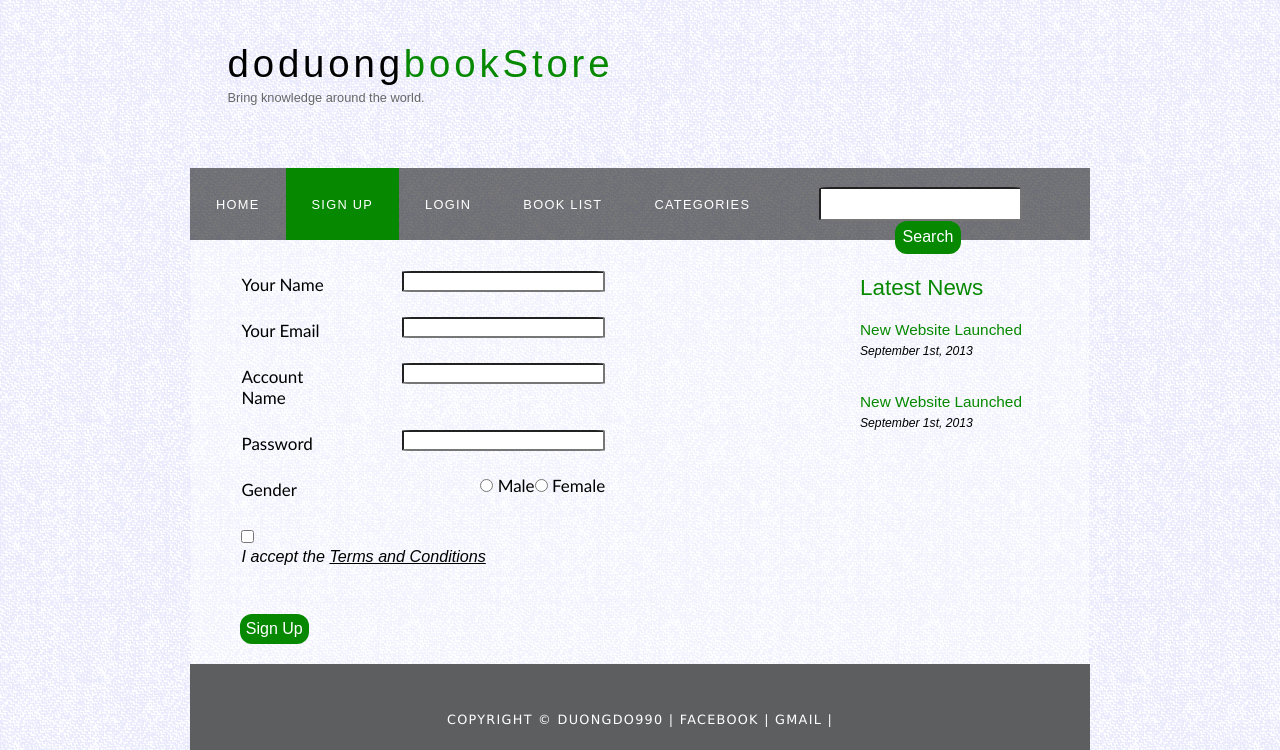
Repository: ngttuyen/JavaWeb
Page: http://localhost/MyWebsite/signup.jsp
These files come from the project's save history. The page is drawn as it stood at one moment and after the next save; the edit follows.
The browser window is 1280 px wide. The pictures show the whole page.
The page is served by Tomcat 9.

Above is the page before, as saved 2019-06-01 13:03:50.

After the next save:
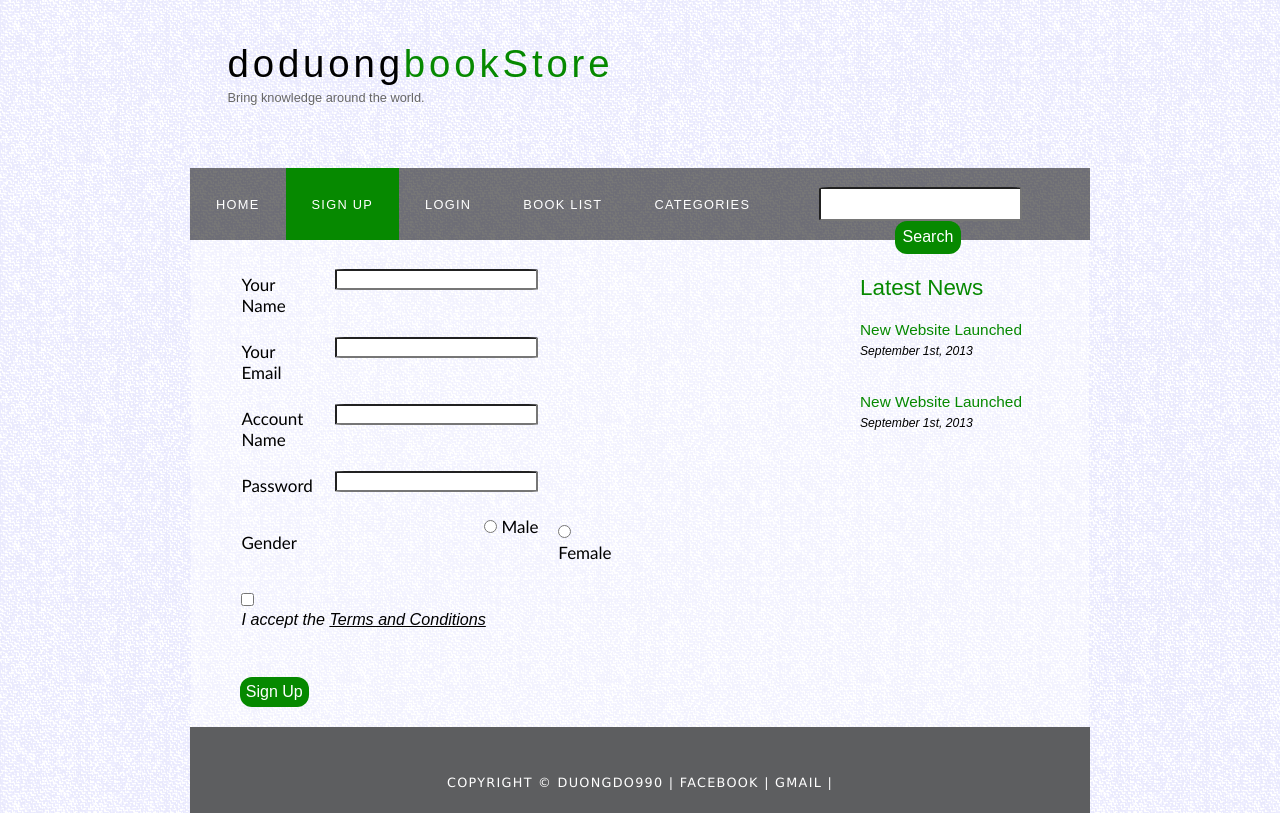
Saved 7 s later.
--- a/MyWebsite/WebContent/signup.jsp
+++ b/MyWebsite/WebContent/signup.jsp
@@ -57,7 +57,8 @@
 						<tr>
 							<td><label>Gender</label></td>
 							<td class="right"><input class="gender-radio" type="radio"
-								name="gender" value="male"> Male<input
+								name="gender" value="male"> Male
+								<td><input
 								class="gender-radio" type="radio" name="gender" value="female">
 									Female</td>
 						</tr>

After the save that followed:
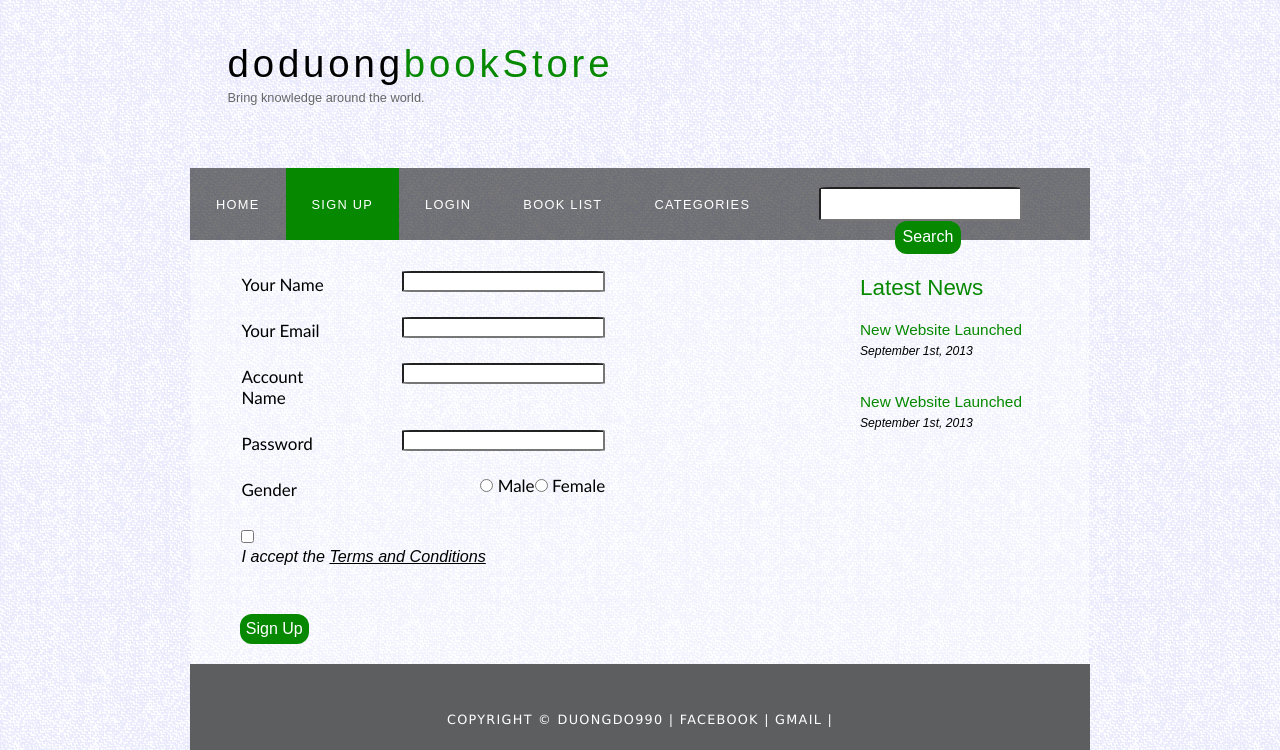
Saved 11 s later.
--- a/MyWebsite/WebContent/signup.jsp
+++ b/MyWebsite/WebContent/signup.jsp
@@ -57,8 +57,7 @@
 						<tr>
 							<td><label>Gender</label></td>
 							<td class="right"><input class="gender-radio" type="radio"
-								name="gender" value="male"> Male
-								<td><input
+								name="gender" value="male"> Male<input
 								class="gender-radio" type="radio" name="gender" value="female">
 									Female</td>
 						</tr>
